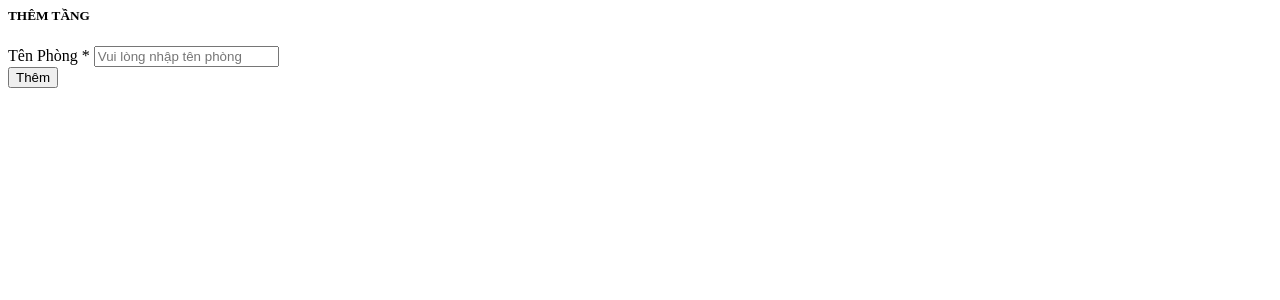
Repository: NguyenChienThangB1910143/QL_ChungCy
Page: http://localhost/tang/them
The author's editor kept a copy of each file at every save. The page is drawn from the files as they stood at one save, then again after the next save.
The browser window is 1280 px wide. The pictures show the whole page.
The page is served by the project's Laravel application, run on PHP 8.4 with Laravel 10. The first stored user is signed in. Other server files are loaded and not shown. The database holds what the project's SQL file puts in it.

Above is the page before, as saved 2023-08-22 15:03:46.

### routes/web.php
<?php
use App\Http\Controllers\Auth\LogoutController;
use App\Http\Controllers\Auth\LoginController;
use App\Http\Controllers\BaiXeController;
use App\Http\Controllers\HomeController;
use App\Http\Controllers\PhongController;
use App\Http\Controllers\ThongKeController;
use App\Http\Controllers\TaiKhoanController;
use App\Http\Controllers\TangController;
use Illuminate\Support\Facades\Route;

/*
|--------------------------------------------------------------------------
| Web Routes
|--------------------------------------------------------------------------
|
| Here is where you can register web routes for your application. These
| routes are loaded by the RouteServiceProvider and all of them will
| be assigned to the "web" middleware group. Make something great!
|
*/

Route::get('/', function () {
    return view('chungcu');
});
//router login
Route::get('/login', [LoginController::class, 'getLogin'])->name('login');;
Route::post('/login', [LoginController::class, 'postLogin'])->name('post-login');
Route::any('/forgotpassword', [LoginController::class, 'forgotpassword'])->name('forgot-password');
Route::group(['middleware' => 'auth'], function () {
    // router home
    Route::get('/', [HomeController::class, 'index'])->name('home');
    Route::get('/logout', [LogoutController::class, 'getLogout'])->name('logout');
    //phong
    Route::get('/phong', [PhongController::class, 'index'])->name('phong');
    Route::get('/phong/them', [PhongController::class, 'them'])->name('phong-them');

    // hop dong
    Route::get('/hopdong', [HopDongController::class, 'index'])->name('hopdong');
    // Tang
    Route::get('/tang', [TangController::class, 'index'])->name('tang');
    Route::get('/tang/them', [TangController::class, 'them'])->name('tang-them');
    // tai khoan
    Route::get('/taikhoan', [TaiKhoanController::class, 'index'])->name('taikhoan');
    // thong ke
    Route::get('/thongke', [ThongKeController::class, 'index'])->name('thongke');
    // bai xe
    Route::get('/baixe', [BaiXeController::class, 'index'])->name('baixe');
});

### app/Models/User.php
<?php

namespace App\Models;

// use Illuminate\Contracts\Auth\MustVerifyEmail;
use Illuminate\Database\Eloquent\Factories\HasFactory;
use Illuminate\Foundation\Auth\User as Authenticatable;
use Illuminate\Notifications\Notifiable;
use Laravel\Sanctum\HasApiTokens;

class User extends Authenticatable
{
    use HasApiTokens, HasFactory, Notifiable;

    protected $table = 'users';


    protected $primarykey = 'id';

    protected $fillable = [
        'name',
        'ngaysinh',
        'email',
        'sdt',
        'password',
        'quyen',
        'STK'
    ];

    public $timestamps = true;

    /**
     * The attributes that should be cast to native types.
     *
     * @var array
     */

    public function setPasswordAttribute($value)
    {
        $this->attributes['password'] = bcrypt($value);
    }
}

### app/Http/Controllers/TangController.php
<?php

namespace App\Http\Controllers;

use App\Http\Controllers\Controller;
use Illuminate\Http\Request;
use App\Models\Tang;
use App\Models\Phong;
use Session;
class TangController extends Controller
{
    public function index()
    {
        $title = 'Tầng';
        $breadcrumbs = [
            [
                'name' => 'Tầng',
                'link' => './tang'
            ]
        ];
        $tang = Tang::paginate(5);
        // dd($cshts);
        return view('tang/tang', compact('title', 'tang', 'breadcrumbs'));
    }
    public function them()
    {
        $title = 'Tầng';
        $breadcrumbs = [
            [
                'name' => 'Tầng',
                'link' => './'
            ], [
                'name' => 'Thêm',
                'link' => './them'
            ]
        ];
        return view('tang/them', compact('title', 'breadcrumbs'));
    }
}

### resources/views/tang/them.blade.php
<!-- Content -->
<div class="container col-md-auto mt-2">
    <div class="alert alert-primary">
        @csrf
        <div class="row">
            <h5 class="text-center" id="side12">THÊM TẦNG</h5>
        </div>
        <div class="mb-3">
            <label class="form-label">Tên Phòng
                <span id="colorIcon">*</span>
            </label>
            <input required class="form-control" type="text" name="ten" placeholder="Vui lòng nhập tên phòng">
        </div>
        <div class="row justify-content-center">
            <button type="submit" class="btn btn-success col-md-5" id="side123">Thêm</button>
        </div>
    </div>
</div>

### chungcutest.sql (the tables this page reads)
CREATE TABLE `users` (
  `id` int(11) NOT NULL,
  `name` varchar(255) NOT NULL,
  `ngaysinh` date DEFAULT NULL,
  `email` varchar(255) NOT NULL,
  `sdt` varchar(20) NOT NULL,
  `password` varchar(255) NOT NULL,
  `quyen` int(11) NOT NULL,
  `STK` varchar(255) NOT NULL,
  `trangthai` int(11) DEFAULT NULL,
  `created_at` timestamp NULL DEFAULT NULL,
  `updated_at` timestamp NULL DEFAULT NULL
) ENGINE=InnoDB DEFAULT CHARSET=utf8mb4 COLLATE=utf8mb4_general_ci;

INSERT INTO `users` (`id`, `name`, `ngaysinh`, `email`, `sdt`, `password`, `quyen`, `STK`, `trangthai`, `created_at`, `updated_at`) VALUES
(1, 'Nguyen Chien Thang', '2001-03-26', 'nguyenchienthang2632001@gmail.com', '0582427509', '$2y$10$SxP62ScawJ1/0p5Z1a.abuD/SD6Jx6i3fLJ7hGurI5XMRNDW/E402', 0, '6546545466', 1, NULL, '2023-11-27 04:43:20'),
(6, 'Nguyen Van A', '2023-12-08', 'a@gmail.com', '0545154815', '$2y$10$886oVFZFLkfpyjHaJsEDcOHqhUWV8BBoecl2p44Z5ZqfF5W31yTzK', 2, '165512185151', 1, '2023-12-08 00:41:54', '2023-12-08 00:41:54');

ALTER TABLE `users`
  ADD PRIMARY KEY (`id`);

ALTER TABLE `users`
  MODIFY `id` int(11) NOT NULL AUTO_INCREMENT, AUTO_INCREMENT=7;

Loaded but not shown: app/Providers/AppServiceProvider.php (common file); app/Http/Controllers/Controller.php (common file)

After the next save:
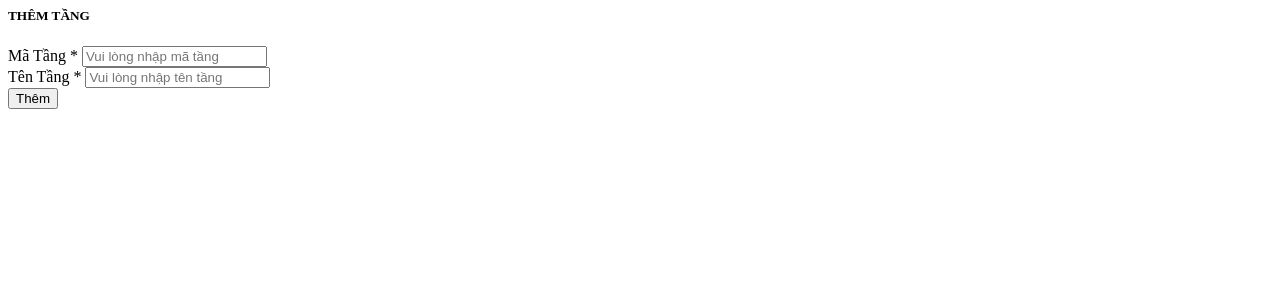
Saved 2 min 58 s later.
--- a/resources/views/tang/them.blade.php
+++ b/resources/views/tang/them.blade.php
@@ -5,11 +5,17 @@
         <div class="row">
             <h5 class="text-center" id="side12">THÊM TẦNG</h5>
         </div>
-        <div class="mb-3">
-            <label class="form-label">Tên Phòng
+        <div class="mb-3 text-left">
+            <label class="form-label">Mã Tầng
                 <span id="colorIcon">*</span>
             </label>
-            <input required class="form-control" type="text" name="ten" placeholder="Vui lòng nhập tên phòng">
+            <input required class="form-control" type="text" name="id_tang" placeholder="Vui lòng nhập mã tầng">
+        </div>
+        <div class="mb-3">
+            <label class="form-label">Tên Tầng
+                <span id="colorIcon">*</span>
+            </label>
+            <input required class="form-control" type="text" name="ten" placeholder="Vui lòng nhập tên tầng">
         </div>
         <div class="row justify-content-center">
             <button type="submit" class="btn btn-success col-md-5" id="side123">Thêm</button>
